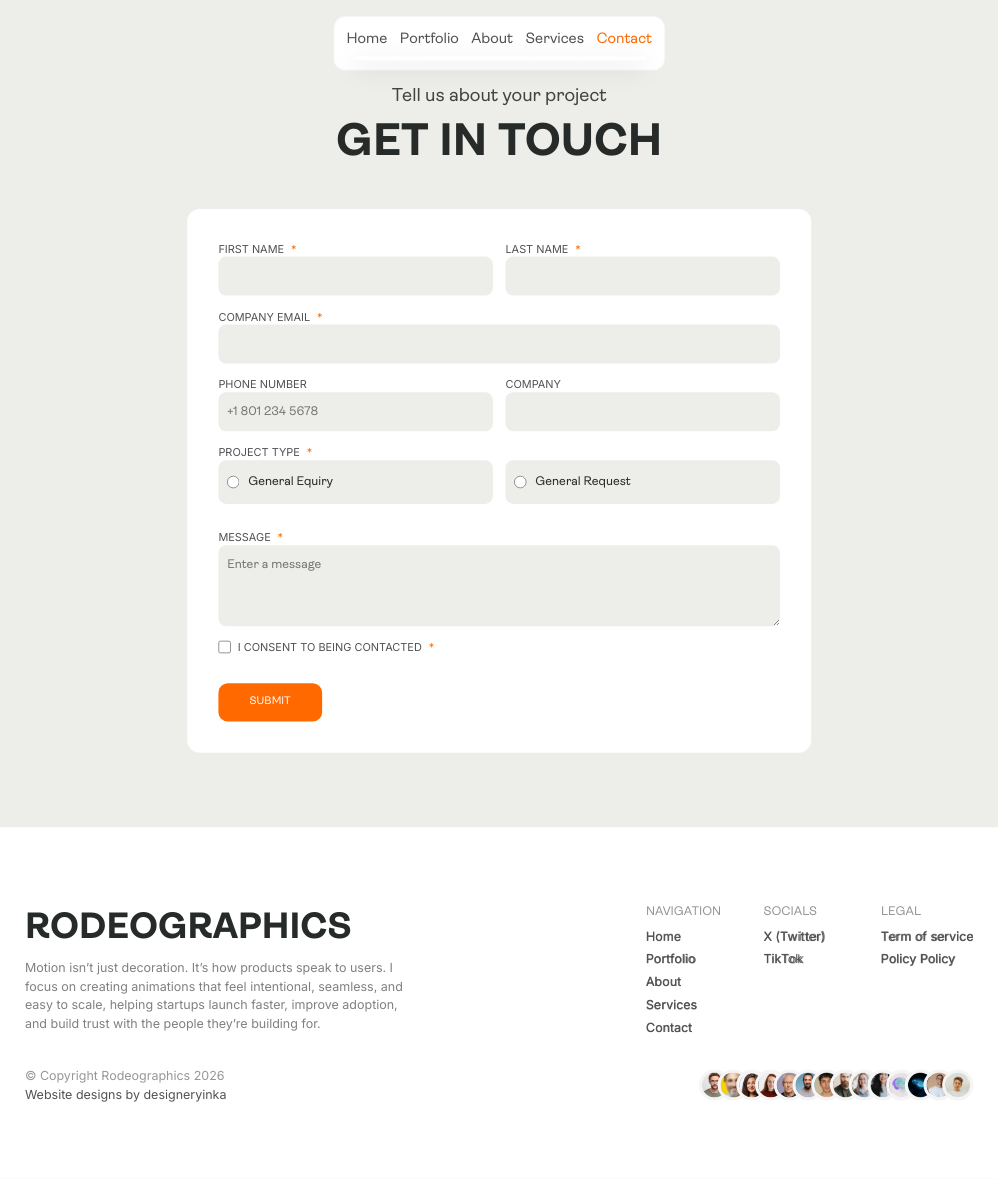
Repository: Ajeyinka/RodeoGraphics
Page: contact.html
The author's editor kept a copy of each file at every save. The page is drawn from the files as they stood at one save, then again after a run of saves.
The browser window is 1280 px wide. The pictures show the whole page, at 78% of full size.

Above is the page before, as saved 2026-02-21 22:48:05.
Console error: ReferenceError: gsap is not defined

### contact.html
<!DOCTYPE html>
<html lang="en">
  <head>
    <meta charset="UTF-8" />
    <meta name="viewport" content="width=device-width, initial-scale=1.0" />
    <title>Contact | Motion Design for Startups</title>

    <meta
      name="description"
      content="Get in touch to discuss motion design for your product, startup, or upcoming launch."
    />
    <meta property="og:title" content="Contact | Motion Design for Startups" />
    <meta
      property="og:description"
      content="Get in touch to discuss motion design for your product, startup, or upcoming launch."
    />
    <meta property="og:image" content="" />
    <meta property="og:type" content="website" />
    <meta property="og:url" content="" />
    <script src="script.js" defer></script>
    <link rel="stylesheet" href="style.css" />
    <link
      rel="shortcut icon"
      href="images/favicon.ico.png"
      sizes="32x32"
      type="image/png"
    />
  </head>
  <body>
    <nav class="section_nav">
      <div class="container_large">
        <div class="container_nav">
          <div class="two-col-flex">
            <div class="nav_brand">
              <a href="index.html" class="nav_brand-link">
                <span>Rodeographics</span>
              </a>
            </div>
            <a href="#" class="toggle_button" id="toggle_button">
              <span class="bar one"></span>
              <span class="bar two"></span>
            </a>
          </div>
          <!-- Brand / Logo -->

          <!-- Navigation Menu -->
          <div class="nav_menu">
            <ul class="nav_list">
              <li class="nav_item">
                <a href="index.html" class="nav_link">Home</a>
              </li>
              <li class="nav_item">
                <a href="portfolio.html" class="nav_link">Portfolio</a>
              </li>

              <li class="nav_item">
                <a href="about.html" class="nav_link">About</a>
              </li>

              <li class="nav_item">
                <a href="services.html" class="nav_link">Services</a>
              </li>

              <li class="nav_item">
                <a href="contact.html" class="nav_link">Contact</a>
              </li>
            </ul>
          </div>
        </div>
      </div>
    </nav>

    <main>
      <section class="section_contact">
        <div class="container_large">
          <div class="padding_global">
            <div class="form_component">
              <div class="title-top">
                <p class="tag">Tell us about your project</p>
                <h1>GET IN TOUCH</h1>
              </div>
            </div>
            <div class="form-block">
              <form
                action="https://formspree.io/f/xzdapnao"
                method="POST"
                novalidate
              >
                <div class="form-group">
                  <label for="fname">First Name</label>
                  <input
                    type="text"
                    name="first_name"
                    class="input"
                    id="fName"
                    required
                  />
                  <span class="error-message" aria-live="polite"></span>
                </div>
                <div class="form-group">
                  <label for="lname">Last Name</label>
                  <input
                    type="text"
                    name="last_name"
                    class="input"
                    id="lName"
                    required
                  />
                  <span class="error-message" aria-live="polite"></span>
                </div>
                <div class="form-group span-all">
                  <label for="email">Company Email</label>
                  <input
                    type="email"
                    name="company_email"
                    class="input"
                    id="email"
                    required
                  />
                  <span class="error-message" aria-live="polite"></span>
                </div>
                <div class="form-group">
                  <label for="tel"> Phone Number</label>
                  <input
                    type="tel"
                    class="input phone-input"
                    placeholder="+1 801 234 5678"
                    inputmode="tel"
                    autocomplete="tel"
                    id="tel"
                  />
                  <span class="error-message" aria-live="polite"></span>
                </div>

                <div class="form-group">
                  <label for="company">Company</label>

                  <input
                    type="text"
                    name="company"
                    class="input"
                    id="company"
                  />
                  <span class="error-message" aria-live="polite"></span>
                </div>

                <fieldset class="span-all">
                  <legend>Project Type</legend>

                  <div class="form-group">
                    <input
                      type="radio"
                      id="general"
                      name="project"
                      value="General Equiry"
                      required
                    />
                    <label for="general">General Equiry</label>
                  </div>

                  <div class="form-group">
                    <input
                      type="radio"
                      id="support"
                      name="project"
                      value="General Requesr"
                      required
                    />
                    <label for="support">General Request</label>
                  </div>
                  <span class="error-message" aria-live="polite"></span>
                </fieldset>

                <div class="form-group span-all">
                  <label for="message">Message</label>
                  <textarea
                    name="textarea"
                    id="textarea"
                    class="input"
                    placeholder="Enter a message"
                    required
                  ></textarea>
                  <span class="error-message" aria-live="polite"></span>
                </div>
                <div class="form-group span-all">
                  <input type="checkbox" name="consent" id="consent" required />
                  <label for="consent">I consent to being contacted</label>
                  <span class="error-message" aria-live="polite"></span>
                </div>

                <div class="input-submit">
                  <button type="submit" class="button-submit button">
                    <span class="text text-primary">Submit</span>
                  </button>
                </div>
                <div class="form-success">
                  Thanks for reaching out. I’ll get back to you within 24 hours.
                </div>
              </form>
            </div>
          </div>
        </div>
      </section>
    </main>
    <footer>
      <div class="container_large">
        <div class="padding_global">
          <div class="footer-grid">
            <div class="footer-left">
              <h2>Rodeographics</h2>
              <p>
                Motion isn’t just decoration. It’s how products speak to users.
                I focus on creating animations that feel intentional, seamless,
                and easy to scale, helping startups launch faster, improve
                adoption, and build trust with the people they’re building for.
              </p>
            </div>
            <div class="footer-right">
              <div class="footer_link-wrapper">
                <div class="footer_links">
                  <h4>Navigation</h4>
                  <a href="index.html" class="footer_link">Home</a>
                  <a href="portfolio.html" class="footer_link">Portfolio</a>
                  <a href="about.html" class="footer_link">About</a>
                  <a href="services.html" class="footer_link">Services</a>
                  <a href="contact.html" class="footer_link">Contact</a>
                </div>
                <div class="footer_links">
                  <h4>Socials</h4>
                  <a href="https://x.com/designerola01" class="footer_link"
                    >X (Twitter)</a
                  >

                  <a
                    href="https://www.tiktok.com/@rodeodesigns?_r=1&_t=ZS-93MZgyCcf5N"
                    class="footer_link"
                    >TikTok</a
                  >
                </div>
                <div class="footer_links">
                  <h4>Legal</h4>
                  <a href="services.html" class="footer_link"
                    >Term of service</a
                  >

                  <a href="privacy.html" class="footer_link">Policy Policy</a>
                </div>
              </div>
            </div>
          </div>
          <div class="footer-bottom">
            <div>
              <p class="Copyright">© Copyright Rodeographics 2026</p>
              <a href="https://designeryinka.com/" target="_blank"
                >Website designs by designeryinka</a
              >
            </div>

            <div class="footer_proof">
              <img src="images/1.png" alt="" />
              <img src="images/2.png" alt="" />
              <img src="images/3.png" alt="" />
              <img src="images/4.png" alt="" />
              <img src="images/5.png" alt="" />
              <img src="images/6.png" alt="" />
              <img src="images/adewale.png" alt="" />
              <img src="images/adewale1.png" alt="" />
              <img src="images/adewale2.png" alt="" />
              <img src="images/adewale4.png" alt="" />
              <img src="images/adewalw5.png" alt="" />
              <img src="images/adewale6.png" alt="" />
              <img src="images/adewale7.png" alt="" />
              <img src="images/adewalw8.png" alt="" />
            </div>
          </div>
        </div>
      </div>
    </footer>
  </body>
</html>

### script.js
(function () {
  "use strict";

  const toggleButton = document.querySelector("#toggle_button");
  const navMenu = document.querySelector(".nav_menu");
  const menuBars = document.querySelectorAll(".bar");
  const navBrand = document.querySelector(".nav_brand");
  const navFlex = document.querySelector(".two-col-flex");

  // Mobile menu toggle
  if (toggleButton) {
    toggleButton.addEventListener("click", (event) => {
      event.preventDefault();
      toggleButton.classList.toggle("active");
      navBrand.classList.toggle("active");
      navFlex.classList.toggle("active");
      navMenu.classList.toggle("active");
      navMenu.addEventListener("click", () => {
        navMenu.classList.toggle("active");
      });
      menuBars.forEach((bar) => bar.classList.toggle("active"));
    });
  }
})();

document.addEventListener("DOMContentLoaded", () => {
  const links = document.querySelectorAll(".nav_link");

  const currentPath = window.location.pathname.replace(/\/$/, "") || "/";

  links.forEach((link) => {
    const linkPath = new URL(link.href).pathname.replace(/\/$/, "") || "/";

    if (linkPath === currentPath) {
      link.classList.add("active");
    } else {
      link.classList.remove("active");
    }
  });
});

document.addEventListener("DOMContentLoaded", () => {
  const enhanceText = (elements) => {
    elements.forEach((el) => {
      const text = el.textContent.trim();
      if (!text) return;

      el.textContent = "";

      // outgoing layer
      const outSpan = document.createElement("span");
      outSpan.className = "text-out";
      outSpan.textContent = text;

      // incoming layer
      const inSpan = document.createElement("span");
      inSpan.className = "text-in";

      [...text].forEach((char, i, arr) => {
        const charSpan = document.createElement("span");
        charSpan.className = "char";
        charSpan.textContent = char === " " ? "\u00A0" : char;

        // stagger data
        charSpan.style.setProperty("--i", i);
        charSpan.style.setProperty("--total", arr.length);
        charSpan.style.transitionDelay = `${i * 0.03}s`;

        inSpan.appendChild(charSpan);
      });

      el.append(outSpan, inSpan);
    });
  };

  // nav links
  enhanceText(document.querySelectorAll(".nav_link"));

  // button text
  enhanceText(document.querySelectorAll(".button .text-primary"));

  enhanceText(document.querySelectorAll(".footer_link"));
});

/* const form = document.querySelector(".form-block form");
const submitBtn = document.querySelector(".button-submit");
const successMessage = document.querySelector(".form-success");

form.addEventListener("submit", function () {
  submitBtn.classList.add("is-loading");
  form.closest(".form-block").classList.add("is-loading");
});

// Call this after successful submission
function onFormSuccess() {
  submitBtn.classList.remove("is-loading");
  form.closest(".form-block").classList.remove("is-loading");
  form.style.display = "none";
  successMessage.classList.add("is-visible");
} */

/* document.querySelectorAll(".nav_link").forEach((link) => {
  const text = link.textContent.trim();
  if (!text) return;
  console.log("nav stagger script loaded");
  link.textContent = "";

  // outgoing layer
  const outSpan = document.createElement("span");
  outSpan.className = "text-out";
  outSpan.textContent = text;

  // incoming staggered layer
  const inSpan = document.createElement("span");
  inSpan.className = "text-in";

  [...text].forEach((char, i) => {
    const charSpan = document.createElement("span");
    charSpan.className = "char";
    charSpan.textContent = char === " " ? "\u00A0" : char;
    charSpan.style.transitionDelay = `${i * 0.035}s`;
    inSpan.appendChild(charSpan);
  });

  link.append(outSpan, inSpan);
});

document.querySelectorAll(".button .text-primary").forEach((textEl) => {
  const text = textEl.textContent.trim();
  if (!text) return;

  textEl.textContent = "";

  // outgoing layer
  const outSpan = document.createElement("span");
  outSpan.className = "text-out";
  outSpan.textContent = text;

  // incoming staggered layer
  const inSpan = document.createElement("span");
  inSpan.className = "text-in";

  [...text].forEach((char, i) => {
    const charSpan = document.createElement("span");
    charSpan.className = "char";
    charSpan.textContent = char === " " ? "\u00A0" : char;
    charSpan.style.transitionDelay = `${i * 0.03}s`;
    inSpan.appendChild(charSpan);
  });

  textEl.append(outSpan, inSpan);
}); */

/* const heroBox = document.querySelector(".hero-box");
const heroImage = document.querySelector(".hero-image");

if (heroBox && heroImage) {
  const observer = new IntersectionObserver(
    (entries) => {
      entries.forEach((entry) => {
        if (entry.isIntersecting) {
          heroBox.classList.add("is-active");
        } else {
          heroBox.classList.remove("is-active");
        }
      });
    },
    {
      threshold: 0.4,
    }
  );

  observer.observe(heroImage);
}

const accordionHeaders = document.querySelectorAll(".accordion-header");
const accordionContents = document.querySelectorAll(".accordion-content");

accordionHeaders.forEach((header) => {
  header.addEventListener("click", () => {
    const accordionItem = header.parentElement;
    const accordionContent = accordionItem.querySelector(".accordion-content");

    accordionContents.forEach((content) => {
      if (content !== accordionContent) {
        content.classList.remove("active");
        content.style.maxHeight = "0";
      }
    });

    accordionContent.classList.toggle("active");

    if (accordionContent.classList.contains("active")) {
      accordionContent.style.maxHeight = accordionContent.scrollHeight + "px";
    } else {
      accordionContent.style.maxHeight = "0";
    }
  });
});
 */

/* (function () {
  "use strict";

  const tabs = document.querySelectorAll(".tabs_link");
  const panes = document.querySelectorAll(".tabs_pane");

  tabs.forEach((tab) => {
    tab.addEventListener("click", selectTab);
  });

  function selectTab(event) {
    event.preventDefault();

    const targetId = this.getAttribute("href");
    const targetPane = document.querySelector(targetId);

    // Reset all tabs
    tabs.forEach((tab) => {
      tab.classList.remove("is-active");
    });

    // Reset all panes
    panes.forEach((pane) => {
      pane.classList.remove("is-active");
    });

    // Activate selected tab and pane
    this.classList.add("is-active");
    targetPane.classList.add("is-active");
  }
})();
 */

document.addEventListener("DOMContentLoaded", () => {
  const links = document.querySelectorAll(".tabs_component .tabs_menu a");
  const sections = document.querySelectorAll(".tabs_pane");

  /* ---------- smooth scroll ---------- */
  links.forEach((link) => {
    link.addEventListener("click", (e) => {
      e.preventDefault();

      const target = document.querySelector(link.getAttribute("href"));
      if (!target) return;

      const offset = 200;
      const top =
        target.getBoundingClientRect().top + window.pageYOffset - offset;

      window.scrollTo({
        top,
        behavior: "smooth",
      });
    });
  });

  /* ---------- intersection observer ---------- */
  const observer = new IntersectionObserver(
    (entries) => {
      entries.forEach((entry) => {
        if (!entry.isIntersecting) return;

        const id = entry.target.id;

        links.forEach((link) => {
          link.classList.toggle(
            "selected",
            link.getAttribute("href") === `#${id}`
          );
        });
      });
    },
    {
      root: null,
      rootMargin: "-150px 0px -50% 0px",
      threshold: 0,
    }
  );

  sections.forEach((section) => observer.observe(section));
});

document.querySelectorAll(".video-holders").forEach((holder) => {
  const video = holder.querySelector("video");
  const button = holder.querySelector(".mute-toggle");

  button.addEventListener("click", () => {
    video.muted = !video.muted;
    button.textContent = video.muted ? "🔇" : "🔊";
  });
});

(function () {
  "use strict";
  const tl = gsap.timeline();
  tl.from(".accent", {
    opacity: 0,
    rotation: 30,
    scale: 0,
    duration: 0.5,
    stagger: {
      amount: 0.5,
      axis: "y",
      grid: [2, 1],
      ease: "circ.inOut",
      from: "center",
    },
  }).from(".two-col-flex", {
    y: -30,
    opacity: 0,
    duration: 0.8,
    backgroundColor: "gray",
  });
})();

gsap.utils.toArray(".section").forEach((section) => {
  gsap.fromTo(
    section,
    {
      scale: 1,
      rotation: 0,
      y: 0,
    },
    {
      scale: 0.8,
      rotation: -2,
      y: "50vh",
      scrollTrigger: {
        trigger: section,
        start: "bottom bottom",
        end: "bottom top",
        scrub: true,
      },
      ease: "none",
    }
  );
});

Loaded but not shown: style.css (1971 lines, source omitted)

After the next 2 saves:
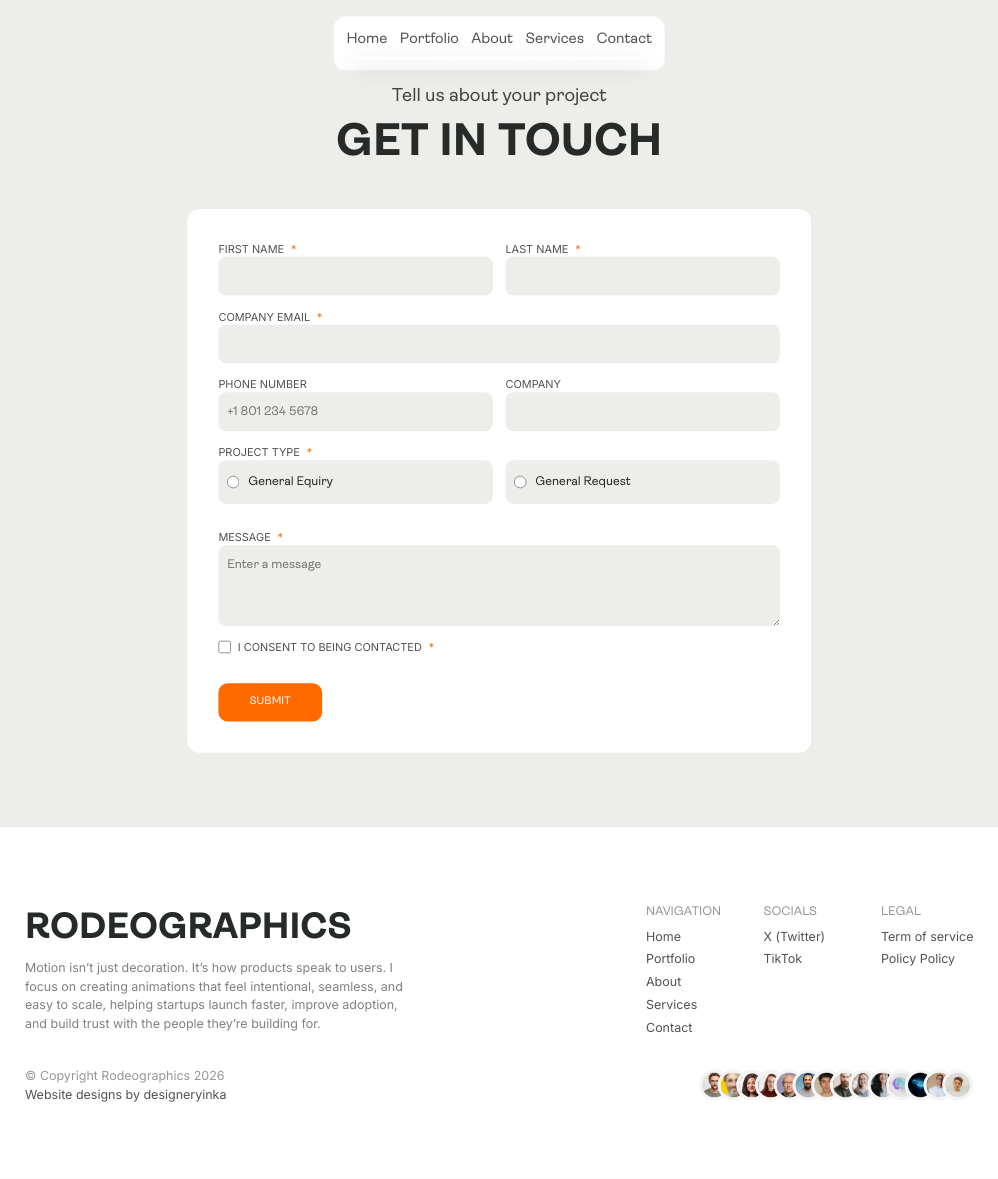
Console error: SyntaxError: Unexpected token '{'
The 2 saves are shown as one change because they came seconds apart.
The last was saved 47 s later.
--- a/script.js
+++ b/script.js
@@ -336,3 +336,7 @@
     }
   );
 });
+
+
+
+(function{})()

After the save that followed:
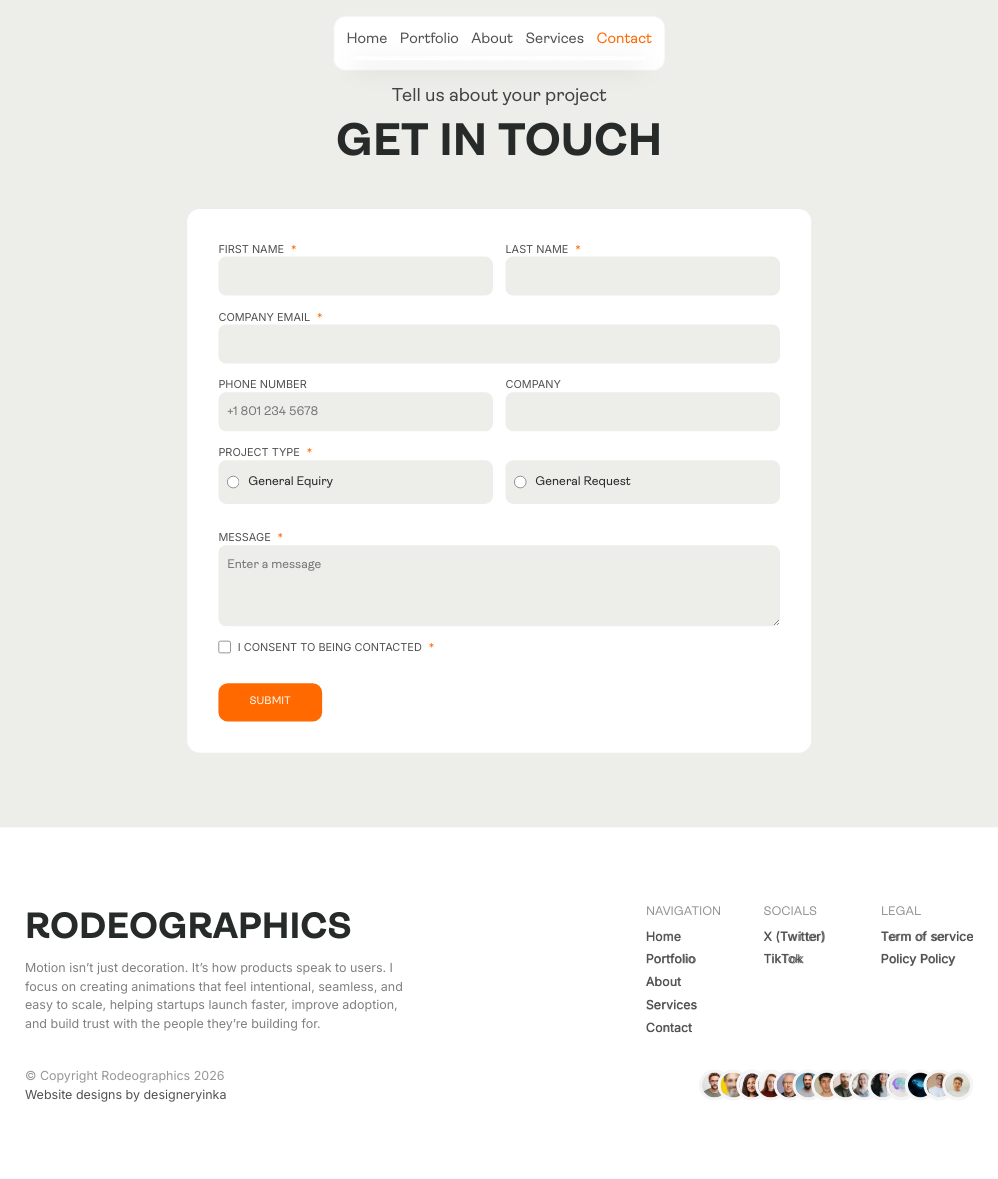
Console error: ReferenceError: gsap is not defined
Saved 6 s later.
--- a/script.js
+++ b/script.js
@@ -337,6 +337,4 @@
   );
 });
 
-
-
-(function{})()
+(function () {})();
